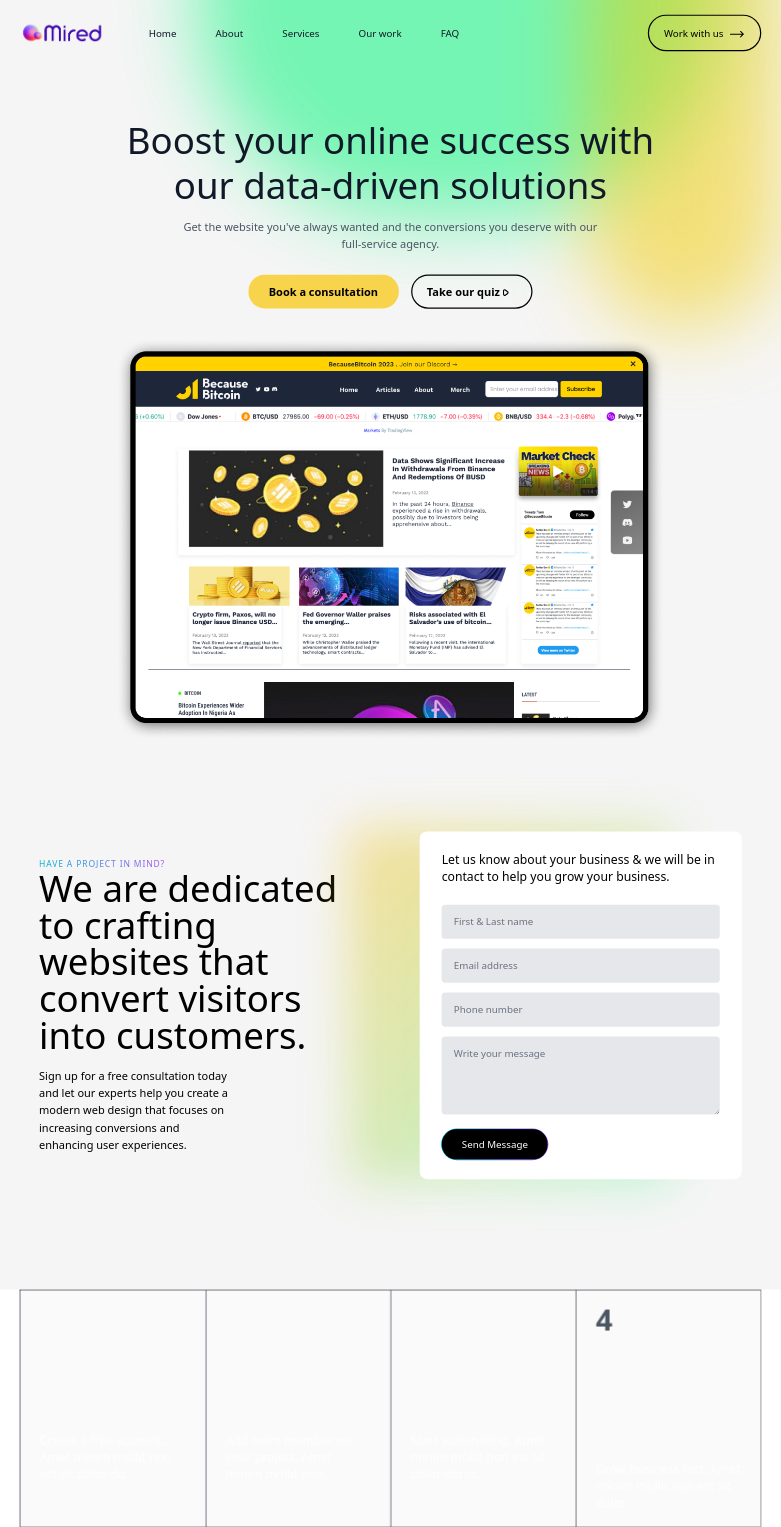
Repository: ornelasedward/mired_website
Page: /
An editor plug-in stored every save of this project. The page is shown before and after the next save, followed by the edit.
The browser window is 1280 px wide. The pictures show the whole page, at 61% of full size.
The project was rebuilt for these pictures with package versions that can differ from the ones it lists, and the page was loaded fresh each time. The framework's server and built-in components were replaced by stand-ins that run in the browser. Also part of the build but not shown: next.config.js.

Above is the page before, as saved 2023-03-28 19:43:02.

After the next save:
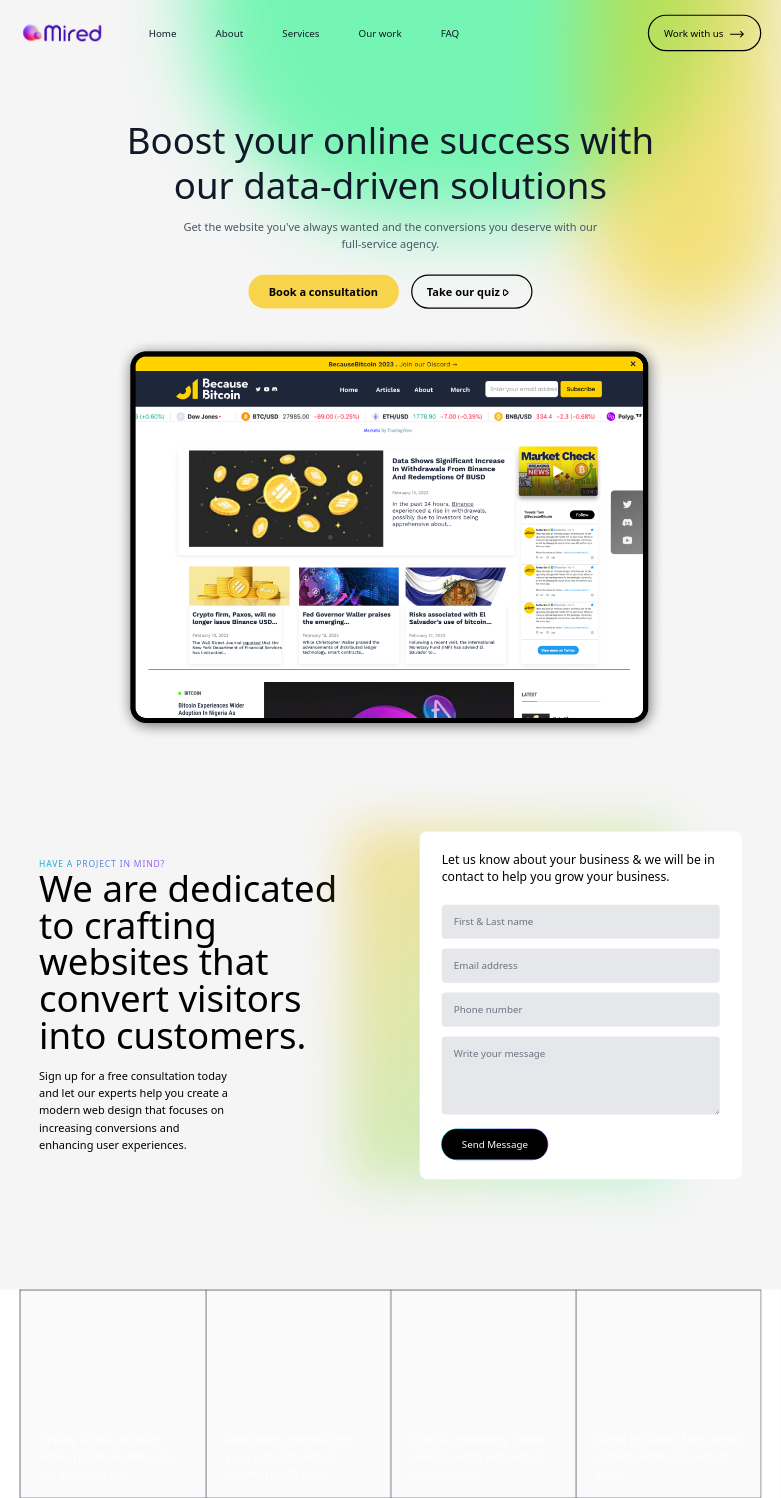
Saved 4 s later.
--- a/components/Services.tsx
+++ b/components/Services.tsx
@@ -31,7 +31,6 @@
 
           <div className="border-t border-l border-gray-800 lg:border-t-0">
             <div className="p-6 sm:px-8">
-              <p className="text-5xl font-semibold text-gray-600">4</p>
               <p className="mt-12 text-xl font-normal text-white lg:mt-32 xl:mt-52">
                 Grow business fast. Amet minim mollit non est sit dolor.
               </p>
